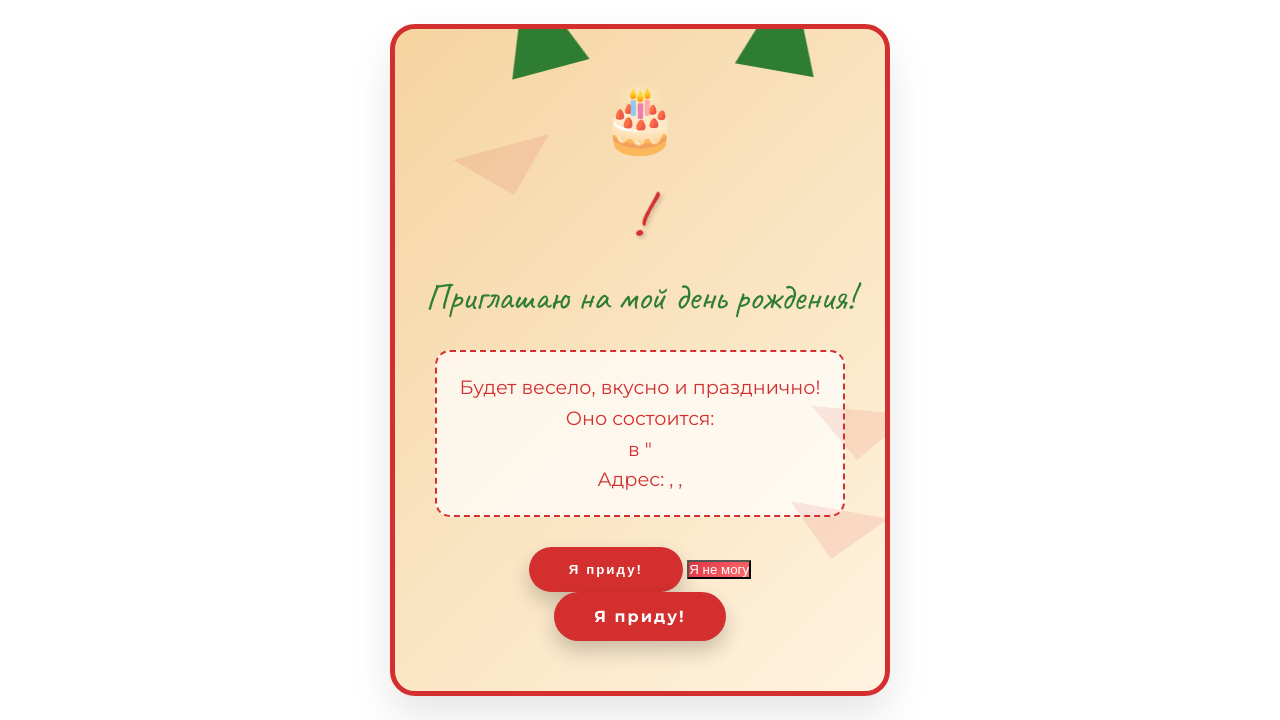
Repository: ll9llall9ll/users-management
Page: templates/6.html
These files come from the project's save history. The page is drawn as it stood at one moment and after the next save; the edit follows.
The browser window is 1280 px wide. The pictures show the whole page.
The template is drawn by Flask 3. The application's start-up code is not run. Other server files are loaded and not shown. The template is opened directly, without the code that normally fills it, so the values that code supplies are empty.

Above is the page before, as saved 2025-03-04 20:10:14.

### templates/6.html
<!DOCTYPE html>
<html lang="ru">

<head>
    <meta charset="UTF-8">
    <meta name="viewport" content="width=device-width, initial-scale=1.0">
    <title>День Рождения в Пиццерии!</title>
    <link
        href="https://fonts.googleapis.com/css2?family=Caveat:wght@400;700&family=Montserrat:wght@400;700&display=swap"
        rel="stylesheet">
    <style>
        :root {
            --color-tomato-red: #D32F2F;
            --color-pizza-dough: #F5D4A0;
            --color-basil-green: #2E7D32;
            --color-cheese-yellow: #FFC107;
            --color-background: #FFFFFF;
        }

        * {
            margin: 0;
            padding: 0;
            box-sizing: border-box;
        }

        body {
            font-family: 'Montserrat', sans-serif;
            background-color: var(--color-background);
            display: flex;
            justify-content: center;
            align-items: center;
            min-height: 100vh;
            perspective: 1000px;
            overflow: hidden;
            color: var(--color-tomato-red);
        }

        .invitation-container {
            width: 500px;
            background: linear-gradient(135deg, var(--color-pizza-dough), #FFF3E0);
            border-radius: 25px;
            box-shadow: 0 20px 40px rgba(0, 0, 0, 0.1);
            position: relative;
            overflow: hidden;
            text-align: center;
            padding: 50px 20px;
            border: 5px solid var(--color-tomato-red);
        }

        .pizza-decoration {
            position: absolute;
            width: 100%;
            height: 100%;
            pointer-events: none;
            z-index: 1;
        }

        .pizza-slice {
            position: absolute;
            width: 100px;
            height: 100px;
            background-color: var(--color-tomato-red);
            clip-path: polygon(50% 50%, 0 0, 100% 0);
            opacity: 0.1;
            transform: rotate(var(--rotation));
        }

        .party-props {
            position: absolute;
            top: -50px;
            width: 100%;
            display: flex;
            justify-content: space-around;
            z-index: 10;
        }

        .pizza-hat {
            width: 80px;
            height: 100px;
            background-color: var(--color-basil-green);
            clip-path: polygon(50% 0%, 0% 100%, 100% 100%);
            transform: rotate(var(--rotation));
            animation: hat-bounce 2s infinite alternate;
        }

        @keyframes hat-bounce {
            0% {
                transform: translateY(0) rotate(var(--rotation));
            }

            100% {
                transform: translateY(-10px) rotate(var(--rotation));
            }
        }

        .fireworks {
            position: absolute;
            width: 100%;
            height: 100%;
            pointer-events: none;
        }

        .firework {
            position: absolute;
            width: 10px;
            height: 10px;
            background-color: var(--firework-color);
            border-radius: 50%;
            opacity: 0;
            animation: firework 1.5s ease-out;
        }

        @keyframes firework {
            0% {
                transform: scale(0);
                opacity: 1;
            }

            100% {
                transform: scale(2);
                opacity: 0;
            }
        }

        .pizza-emoji {
            font-size: 4rem;
            margin-bottom: 20px;
        }

        .name-highlight {
            font-family: 'Caveat', cursive;
            font-size: 60px;
            color: var(--color-tomato-red);
            text-shadow: 2px 2px 4px rgba(0, 0, 0, 0.2);
            margin-bottom: 20px;
            animation: name-bounce 1s infinite alternate;
        }

        @keyframes name-bounce {
            0% {
                transform: scale(1) rotate(-5deg);
            }

            100% {
                transform: scale(1.05) rotate(5deg);
            }
        }

        .invitation-text {
            font-family: 'Caveat', cursive;
            font-size: 37px;
            color: var(--color-basil-green);
            margin-bottom: 30px;
        }

        .event-details {
            background-color: rgba(255, 255, 255, 0.7);
            border-radius: 15px;
            padding: 20px;
            margin: 0 20px 30px;
            font-size: 1.2rem;
            line-height: 1.6;
            border: 2px dashed var(--color-tomato-red);
        }

        .btn-confirm {
            cursor: pointer;
            display: inline-block;
            padding: 15px 40px;
            background-color: var(--color-tomato-red);
            color: white;
            text-decoration: none;
            border-radius: 50px;
            font-weight: bold;
            letter-spacing: 2px;
            transition: all 0.3s ease;
            box-shadow: 0 10px 20px rgba(0, 0, 0, 0.2);
            border: none;
            outline: none;
            /* Убирает обводку при фокусе */
        }

        .btn-confirm:hover {
            transform: translateY(-5px);
            box-shadow: 0 15px 30px rgba(0, 0, 0, 0.3);
            background-color: var(--color-basil-green);
        }

        .button-no {
            background: linear-gradient(135deg, #dc3545, #ff6b6b);
            /* Красный градиент */
            color: white;
        }

        .button-no:hover {
            background: linear-gradient(135deg, #c82333, #ff4d4d);}

    </style>
</head>

<body>
    <div class="invitation-container">
        <div class="pizza-decoration">
            <div class="pizza-slice" style="top: 10%; left: 10%; --rotation: -15deg;"></div>
            <div class="pizza-slice" style="bottom: 20%; right: 5%; --rotation: 10deg;"></div>
            <div class="pizza-slice" style="top: 50%; left: 80%; --rotation: 5deg;"></div>
        </div>

        <div class="party-props">
            <div class="pizza-hat" style="--rotation: -15deg;"></div>
            <div class="pizza-hat" style="--rotation: 10deg;"></div>
        </div>

        <div class="fireworks"></div>

        <div class="pizza-emoji">🎂</div>

        <div class="name-highlight">{{invitation.name}}!</div>

        <div class="invitation-text">
            Приглашаю на мой день рождения!
        </div>

        <div class="event-details">
            <p>Будет весело, вкусно и празднично!</p>
            <p>Оно состоится: {{ event.date }} </p>
            <p>в {{ event.hall_name }}"</p>
            <p>Адрес: {{ event.address_country }} , {{ event.address_city }} , {{ event.address_line }} </p>
        </div>
        <form class="formAC" method="post" action="{{ url_for('invite', h=invitation.hash) }}">
            <button type="submit" name='action' class="btn-confirm" onclick="return confirm('Դուք Համոզվա՞ծ եք?')"
                value="accepted">Я приду!</button>
            <button type="submit" name='action' class="button-no" onclick="return confirm('Դուք Համոզվա՞ծ եք?')"
                value="rejected">Я не могу</button>
        </form>
        <a href="#" class="btn-confirm">Я приду!</a>
    </div>

    <script>
        function createFireworks() {
            const fireworksContainer = document.querySelector('.fireworks');

            function createFirework() {
                const firework = document.createElement('div');
                firework.classList.add('firework');

                firework.style.setProperty('--firework-color', `hsl(${Math.random() * 360}, 100%, 50%)`);
                firework.style.left = `${Math.random() * 100}%`;
                firework.style.top = `${Math.random() * 100}%`;
                firework.style.animationDelay = `${Math.random() * 2}s`;

                fireworksContainer.appendChild(firework);

                setTimeout(() => {
                    fireworksContainer.removeChild(firework);
                }, 2000);
            }

            setInterval(createFirework, 500);
        }

        createFireworks();
    </script>
</body>

</html>

After the next save:
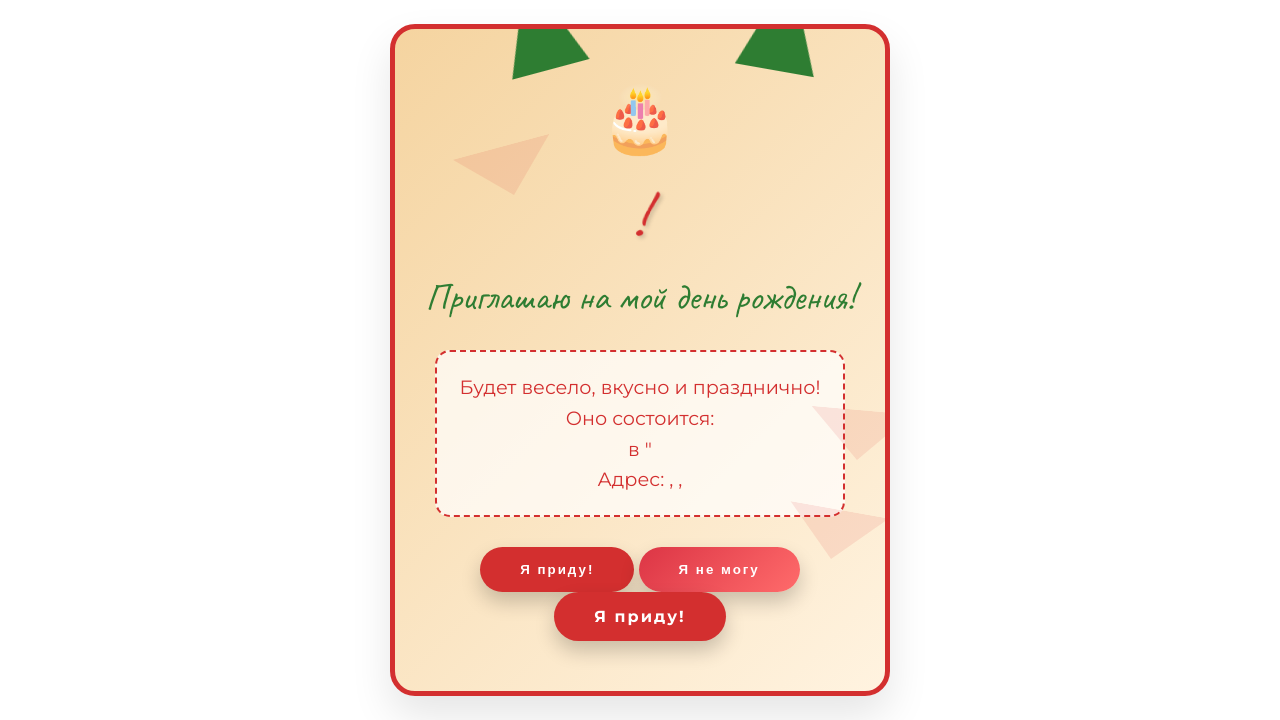
Saved 19 s later.
--- a/templates/6.html
+++ b/templates/6.html
@@ -187,9 +187,20 @@
         }
 
         .button-no {
+            cursor: pointer;
+            display: inline-block;
+            padding: 15px 40px;
+            background-color: var(--color-tomato-red);
+            color: white;
+            text-decoration: none;
+            border-radius: 50px;
+            font-weight: bold;
+            letter-spacing: 2px;
+            transition: all 0.3s ease;
+            box-shadow: 0 10px 20px rgba(0, 0, 0, 0.2);
+            border: none;
+            outline: none;
             background: linear-gradient(135deg, #dc3545, #ff6b6b);
-            /* Красный градиент */
-            color: white;
         }
 
         .button-no:hover {
